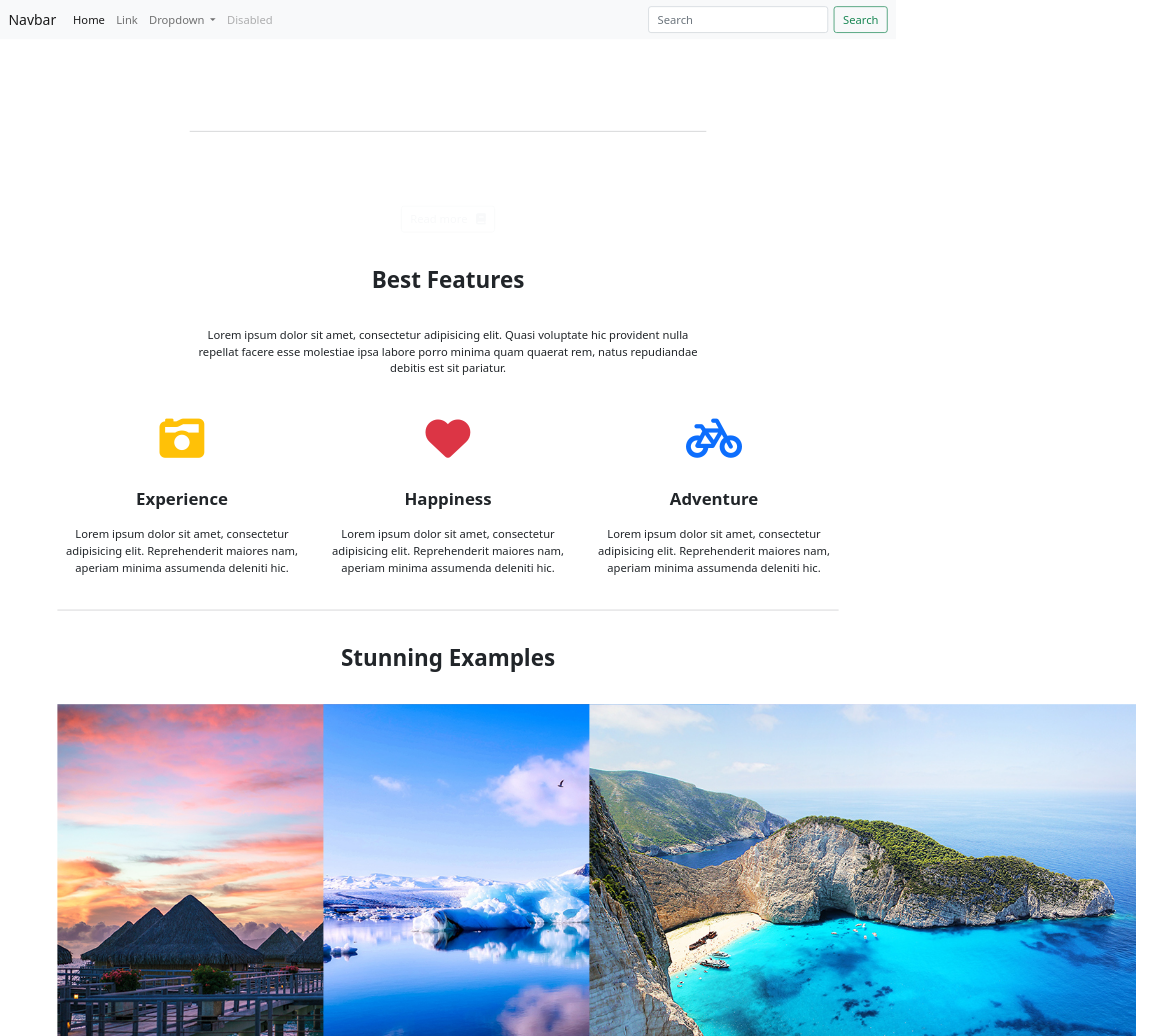
Repository: nptg3105/lab04-landing-page-boostrap5
Page: index.html
The author's editor kept a copy of each file at every save. The page is drawn from the files as they stood at one save, then again after the next save.
The browser window is 1280 px wide. The page is 1623 px wide, then 1641 px, then 1623 px, so the pictures cover 1641 px, including what lies to the right of the window. The pictures show the part of the page from y = 0 to 1480 px (the page is 4138 px tall before and 5062 px after), at 70% of full size.

Above is the page before, as saved 2021-12-20 22:21:45.

After the next save:
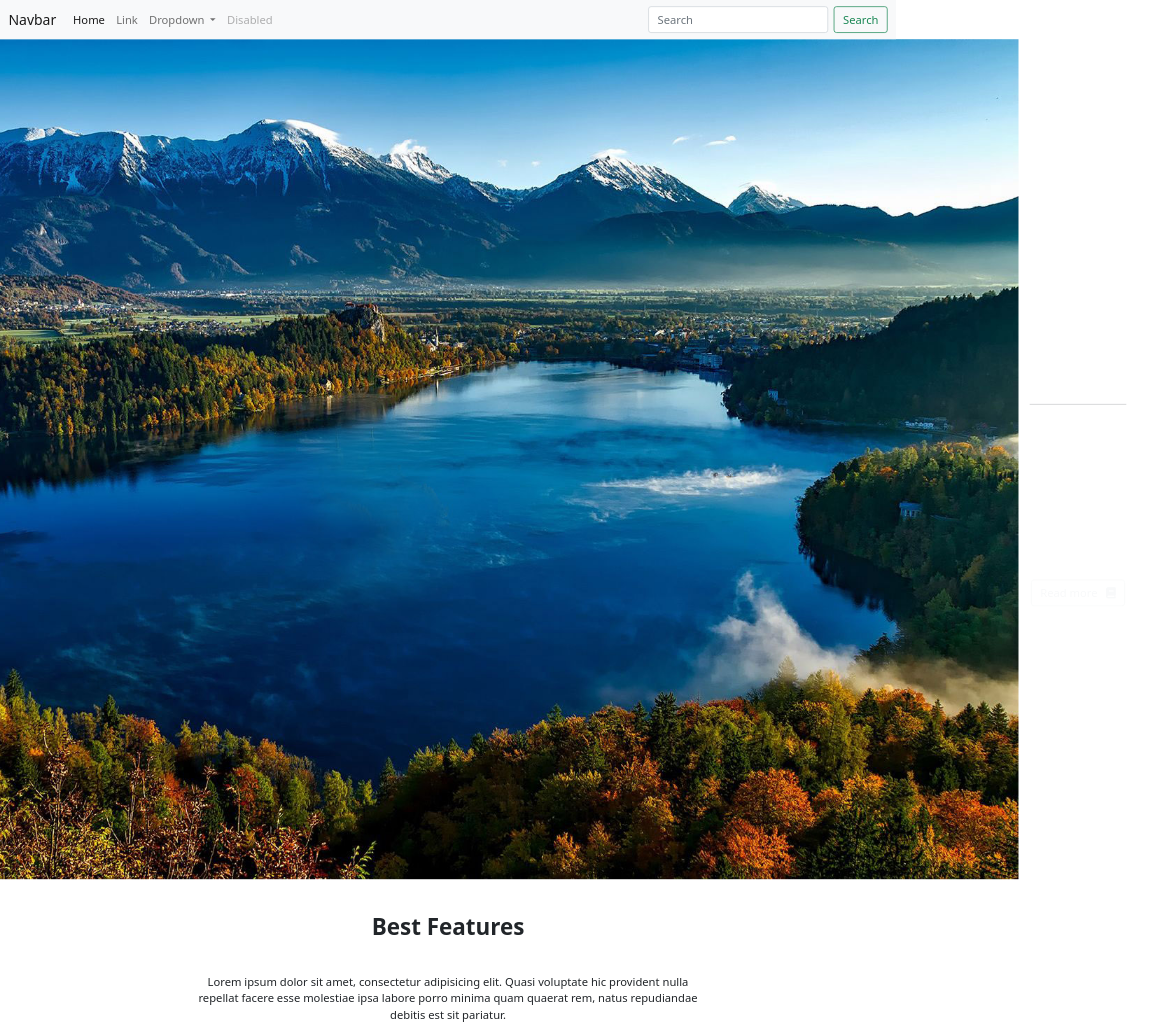
Saved 68 s later.
--- a/index.html
+++ b/index.html
@@ -92,6 +92,7 @@
             h-100
           "
         >
+          <img src="images/hero1.jpg" alt="" />
           <div class="row d-flex justify-content-center text-center">
             <div class="col-md-10">
               <h1 class="text-white display-4 fw-bold pt-5 mb-2">Travel</h1>

After the save that followed:
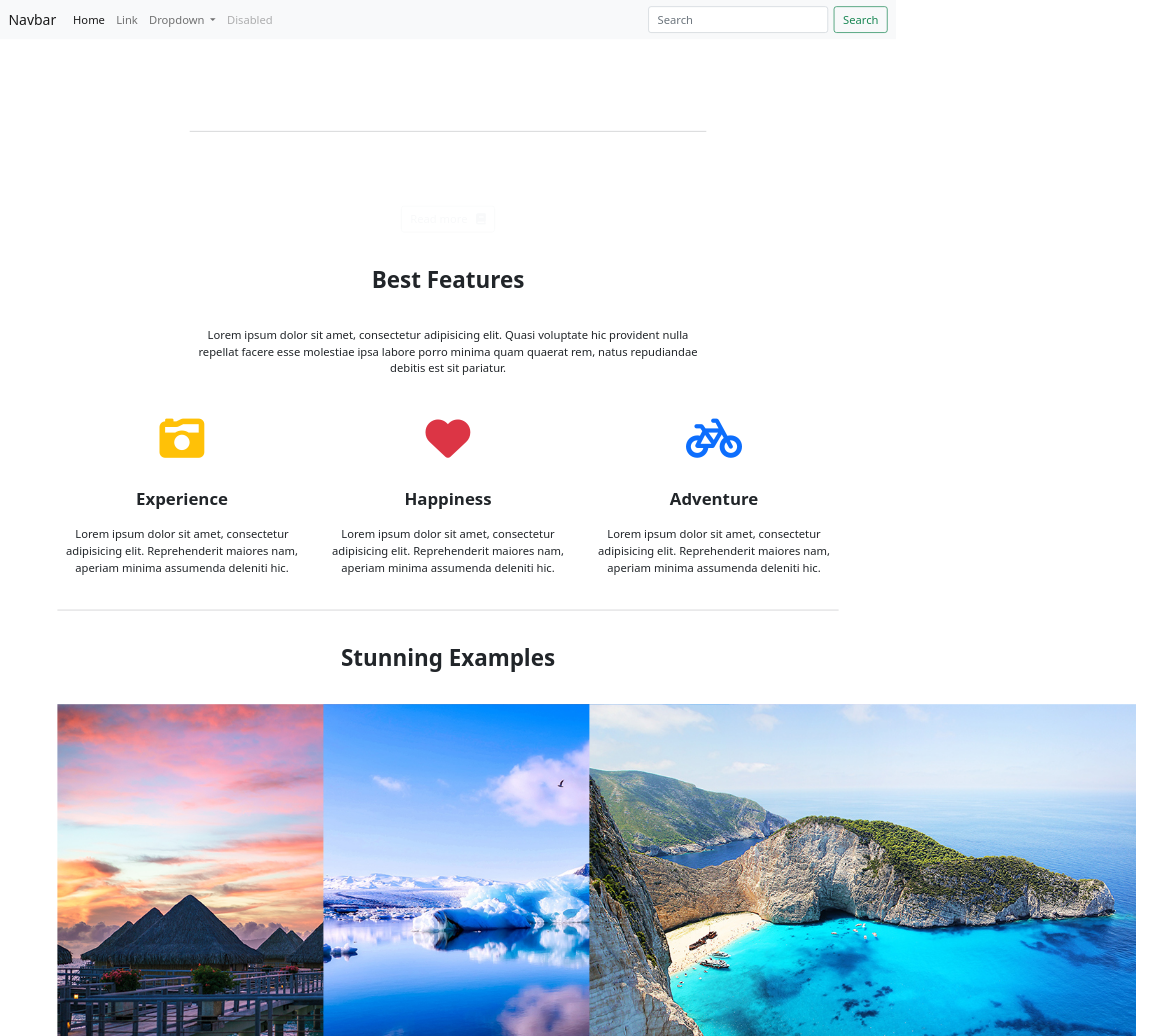
Saved 29 s later.
--- a/index.html
+++ b/index.html
@@ -92,7 +92,6 @@
             h-100
           "
         >
-          <img src="images/hero1.jpg" alt="" />
           <div class="row d-flex justify-content-center text-center">
             <div class="col-md-10">
               <h1 class="text-white display-4 fw-bold pt-5 mb-2">Travel</h1>
